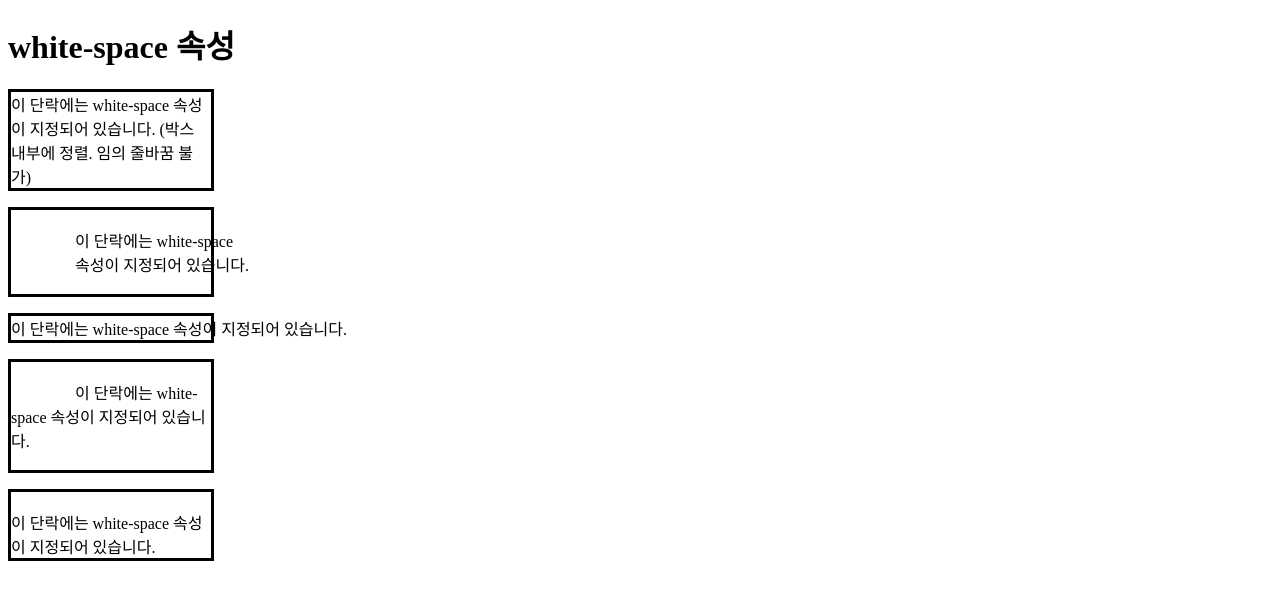
Repository: cussip/SuperHands
Page: WebExam/src/main/webapp/css/fonts/text/white-space.html
An editor plug-in stored every save of this project. The page is shown before and after the next save, followed by the edit.
The browser window is 1280 px wide. The pictures show the whole page.

Above is the page before, as saved 2022-01-31 02:32:50.

After the next save:
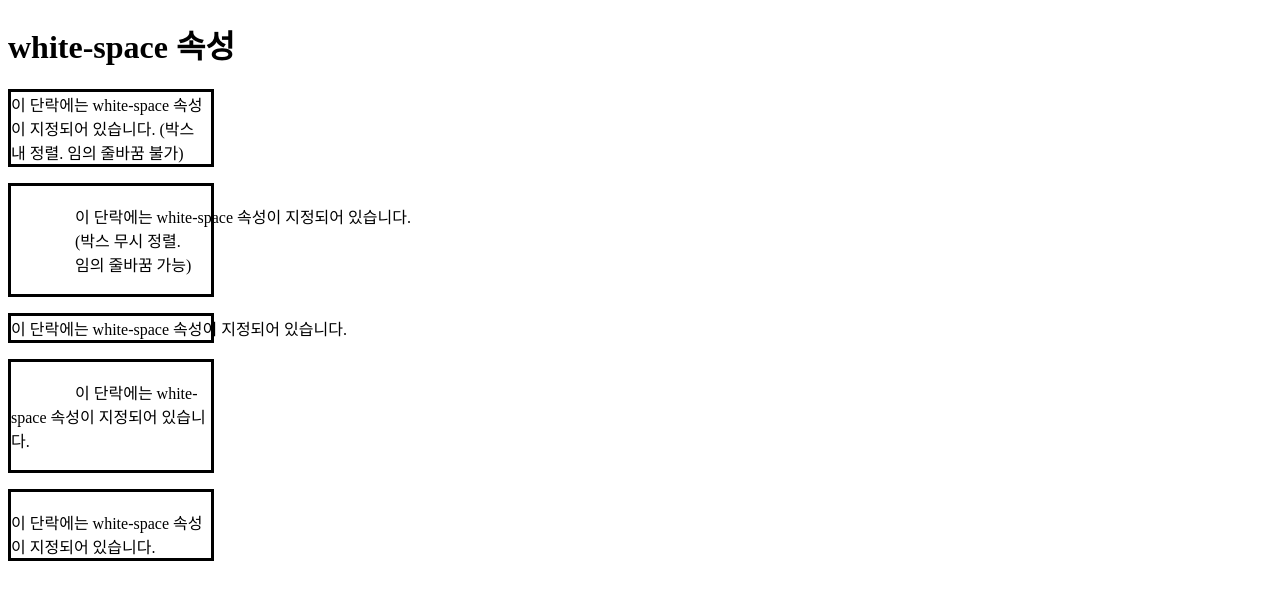
Saved 35 s later.
--- a/WebExam/src/main/webapp/css/fonts/text/white-space.html
+++ b/WebExam/src/main/webapp/css/fonts/text/white-space.html
@@ -20,12 +20,13 @@
 	<h1>white-space 속성</h1>
 	<p class="normal">
 		이 단락에는 white-space 속성이 지정되어 있습니다.
-		(박스 내부에 정렬.
+		(박스 내 정렬.
 		임의 줄바꿈 불가)
 	</p>
 	<p class="pre">
-		이 단락에는 white-space
-		속성이 지정되어 있습니다.
+		이 단락에는 white-space 속성이 지정되어 있습니다.
+		(박스 무시 정렬.
+		임의 줄바꿈 가능)
 	</p>
 	<p class="nowrap">
 		이 단락에는      white-space     속성이 지정되어 있습니다.
